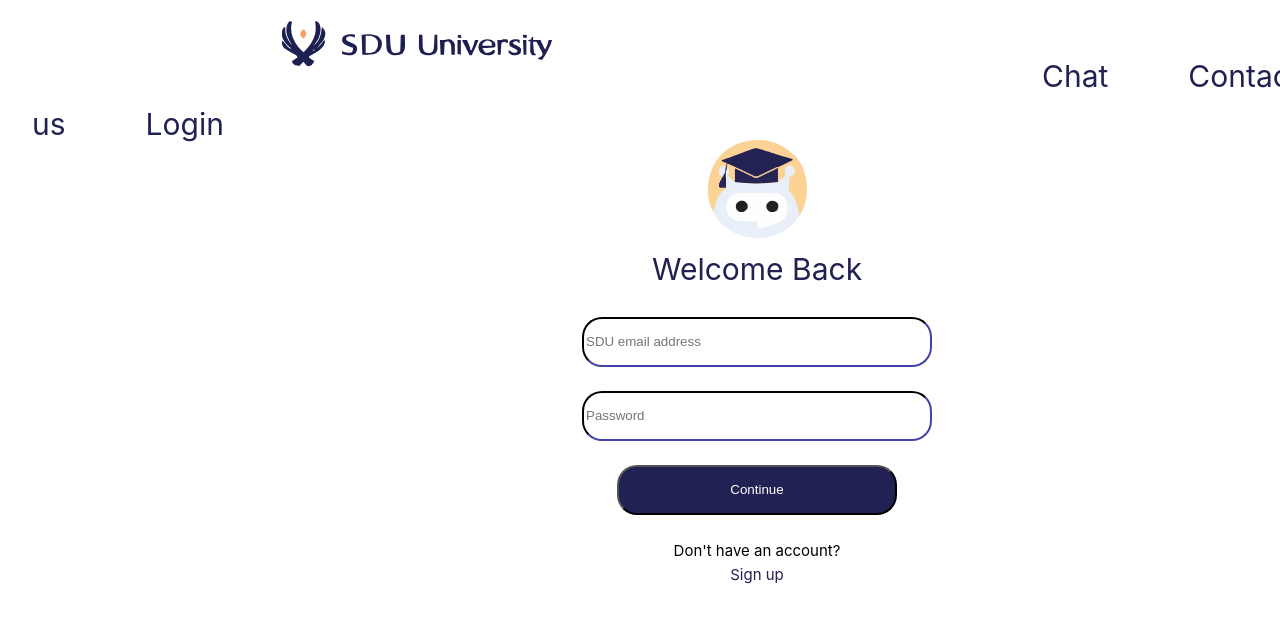
Repository: tolepbekova/Community_v.l
Page: /
An editor plug-in stored every save of this project. The page is shown before and after the next save, followed by the edit.
The browser window is 1280 px wide. The pictures show the whole page.
The project was rebuilt for these pictures with package versions that can differ from the ones it lists, and the page was loaded fresh each time. Also part of the build but not shown: vite.config.js, src/components/HelloWorld.vue. Imported but missing from the stored project, and not drawn on this page: src/views/Change.vue.

Above is the page before, as saved 2024-05-10 09:24:24.

### src/App.vue
<script setup>
import HelloWorld from './components/HelloWorld.vue'
import router from './router/index.js'
import './assets/base.css'
</script>

<template>
    <div id="app">

         <router-view />
    </div>

</template>

<style>
/* #app {
    display: flex;

}

#header {
    display: flex;
    width: 100%;
    flex-direction: column;
    align-items: center;
    justify-content: space-between;
    position: fixed;
    margin-left: 0px;
    margin-right: 0px;
    margin-top: 0px;
}

#header img {
    width: 218px;
    height: 77px;
}

#navbar {
    display: flex;
    align-items: center;
    justify-content: center;
}
span  {
    list-style: none;
    padding: 0 20px;
    text-decoration: none;
    font-size: 30px;
    color: rgba(33, 33, 83, 1);
    transition: 0.3s ease;
}

#navbar li :hover {
    color: rgb(237, 237, 167);
} */
</style>

### src/router/index.js
import Vue from 'vue'
import VueRouter from 'vue-router'
import Login from '../views/Login.vue'

Vue.use(VueRouter)

const router = new VueRouter({
  mode: 'history',
  base: import.meta.env.BASE_URL,
  routes: [
    {
      path: '/',
      name: 'login',
      component: Login
    },
    {
      path: '/getstart',
      name: 'getstart',
      // route level code-splitting
      // this generates a separate chunk (About.[hash].js) for this route
      // which is lazy-loaded when the route is visited.
      component: () => import('../views/AboutView.vue')
    },
    {
      path: '/home',
      name: 'home',
      // route level code-splitting
      // this generates a separate chunk (About.[hash].js) for this route
      // which is lazy-loaded when the route is visited.
      component: () => import('../views/About.vue')
    },
    {
      path: '/sign',
      name: 'signin',
      component: () => import('../views/Signin.vue')
    },
    {
      path: '/contact',
      name: 'contact',
      component: () => import('../views/Contact.vue')
    },
    {
      path: '/auth',
      name: 'auth',
      component: () => import('../views/Auth.vue')
    },
    {
      path: '/change',
      name: 'change',
      component: () => import('../views/Change.vue')
    },

  ]
})

export default router

### src/assets/main.css
@import "./base.css";

#app {

  font-weight: normal;
}

a,
.green {
  text-decoration: none;
  color: hsla(160, 100%, 37%, 1);
  transition: 0.4s;
}

@media (hover: hover) {
  a:hover {
    background-color: hsla(160, 100%, 37%, 0.2);
  }
}

@media (min-width: 1024px) {
  body {
    display: flex;
    place-items: center;
  }

  #app {
    display: grid;
    grid-template-columns: 1fr 1fr;
    padding: 0 2rem;
  }
}

### src/assets/base.css
/* color palette from <https://github.com/vuejs/theme> */
:root {
  --vt-c-white: #ffffff;
  --vt-c-white-soft: #f8f8f8;
  --vt-c-white-mute: #f2f2f2;

  --vt-c-black: #181818;
  --vt-c-black-soft: #222222;
  --vt-c-black-mute: #282828;

  --vt-c-indigo: #2c3e50;

  --vt-c-divider-light-1: rgba(60, 60, 60, 0.29);
  --vt-c-divider-light-2: rgba(60, 60, 60, 0.12);
  --vt-c-divider-dadarkrk-1: rgba(84, 84, 84, 0.65);
  --vt-c-divider-dark-2: rgba(84, 84, 84, 0.48);

  --vt-c-text-light-1: var(--vt-c-indigo);
  --vt-c-text-light-2: rgba(60, 60, 60, 0.66);
  --vt-c-text-dark-1: var(--vt-c-white);
  --vt-c-text-dark-2: rgba(235, 235, 235, 0.64);
}

/* semantic color variables for this project */
:root {
  --color-background: var(--vt-c-white);
  --color-background-soft: var(--vt-c-white-soft);
  --color-background-mute: var(--vt-c-white-mute);

  --color-border: var(--vt-c-divider-light-2);
  --color-border-hover: var(--vt-c-divider-light-1);

  --color-heading: var(--vt-c-text-light-1);
  --color-text: var(--vt-c-text-light-1);

  --section-gap: 160px;
}

@media (prefers-color-scheme: dark) {
  :root {
    --color-background: var(--vt-c-black);
    --color-background-soft: var(--vt-c-black-soft);
    --color-background-mute: var(--vt-c-black-mute);

    --color-border: var(--vt-c-divider-dark-2);
    --color-border-hover: var(--vt-c-divider-dark-1);

    --color-heading: var(--vt-c-text-dark-1);
    --color-text: var(--vt-c-text-dark-2);
  }
}

*,
*::before,
*::after {
  box-sizing: border-box;
  margin: 0;
  position: relative;
  font-weight: normal;
}
html{
  padding: 0;
  margin: 0;
}
body {
  min-height: 10vh;
  padding: 0;
  margin: 0;
  transition: color 0.5s, background-color 0.5s;
  line-height: 1.6;
  font-family: Inter, -apple-system, BlinkMacSystemFont, 'Segoe UI', Roboto, Oxygen, Ubuntu,
    Cantarell, 'Fira Sans', 'Droid Sans', 'Helvetica Neue', sans-serif;
  font-size: 15px;
  text-rendering: optimizeLegibility;
  -webkit-font-smoothing: antialiased;
  -moz-osx-font-smoothing: grayscale;
}

### src/views/Login.vue
<template>
    <div>
        <v-app id="header">
            <v-card color="grey lighten-4" flat height="100px" tile>
                <v-toolbar dense>

                  <router-link   to="/home"> <img class="logo" src="../assets/logo/log.svg"></router-link>

                    <v-spacer></v-spacer>

                    <span class="fir"><router-link to="/getstart">Chat</router-link></span>
                        <span><router-link to="/contact">Contact us</router-link></span>
                        <span><router-link to="/auth">Login</router-link></span>


                </v-toolbar>
            </v-card>
        </v-app>

        <br><br><br>

        <div class="abrow">
            <br><br>
            <div class="abcolu">
                <img class="final" src="../assets/logo/finalicon13_1.svg" alt="">
            </div>
            <div class="abcolu">
                <h1>Welcome Back</h1>
                <br>
                <input type="email" v-model:value="info.email" placeholder="SDU email address">
                <br><br>
                <input type="password" v-model:value="info.password" placeholder="Password" required>
                <br><br>
                <router-link to="getstart"><button class="btn" @click="login()">Continue</button></router-link>
                <br><br>
                <p>Don't have an account? </p> <router-link to="/sign">Sign up</router-link>
            </div>
        </div>
    </div>
</template>

<script>
import axios from 'axios';

export default {
    data() {
        return {
            token: "",
            info: {
                email: "",
                password: "",
            },
        };
    },
    methods: {
        login() {
            axios
                .post(
                    ` https://sschat-production.up.railway.app/accounts/auth/token/login/`,
                    this.info
                )
                .then((res) => {
                    this.token = res.auth_token;
                });
        },
    },
};
</script>

<style scoped>
h1 {
    color: rgba(33, 33, 83, 1);
}

#app {
    display: flex;

}

#header {
    display: flex;
    width: 100%;
    align-items: center;
    justify-content: space-between;
    position: fixed;
    margin-left: 0px;
    margin-right: 0px;
    margin-top: 0px;
    color:rgba(33, 33, 83, 1) ;
}

.logo {
    width: 270px;
    height: 87px;
    margin-left: 230px;
}

#navbar {
    display: flex;
    align-items: center;
    justify-content: center;
}
span  {
    list-style: none;
    padding: 0 20px;
    text-decoration: none;
    font-size: 30px;
    color: rgba(33, 33, 83, 1);
    transition: 0.3s ease;
}

#navbar li :hover {
    color: rgba(33, 33, 83, 1);
}
h1 {
  color: rgba(33, 33, 83, 1);
}
.fir {
  margin-left: 430px;
}

.abrow {
  margin: 20px auto;
  display: block;
  text-align: center;
  margin-left: 550px;
}

.abcolu {
  margin: 0 auto;
  display: block;
  text-align: center;
}

.final {
  max-width: 99px;
  max-height: 99px;
}


.abp {
  margin: 0 auto;
  display: block;
  width: 670px;
  height: 100px;
}


.abp {
    margin: 0 auto;
    display: block;
    width: 670px;
    height: 100px;
}

.icon {
    width: 24px;
    height: 24px;
}

.btn {
    background-color: rgba(33, 33, 83, 1);
    border-radius: 20px;
    width: 280px;
    height: 50px;
    color: #ffffff;
}

input {
    border-radius: 20px;
    width: 350px;
    height: 50px;
    border-color: rgba(33, 33, 83, 1);
}

a {
    padding: 0 20px;
    text-decoration: none;
    color: rgba(33, 33, 83, 1);
    transition: 0.3s ease;
}

.lbtn1 {
    margin: 0 auto;
    display: block;
    width: 266px;
    height: 48px;
    border-radius: 30px;
    color: rgba(33, 33, 83, 1);
    background-color: rgba(253, 211, 149, 1);
    border: none;
    font-size: 15px;
    font-family: Cambria, Cochin, Georgia, Times, 'Times New Roman', serif;
    font-weight: bold;

}

.lbtn2 {
    margin: 0 auto;
    display: block;
    width: 266px;
    height: 48px;
    border-radius: 30px;
    color: rgba(33, 33, 83, 1);
    background-color: rgba(253, 211, 149, 1);
    border: none;
    font-size: 15px;
    font-family: Cambria, Cochin, Georgia, Times, 'Times New Roman', serif;
    font-weight: bold;

}
</style>

Loaded but not shown: index.html (common file); src/main.js (common file)

After the next save:
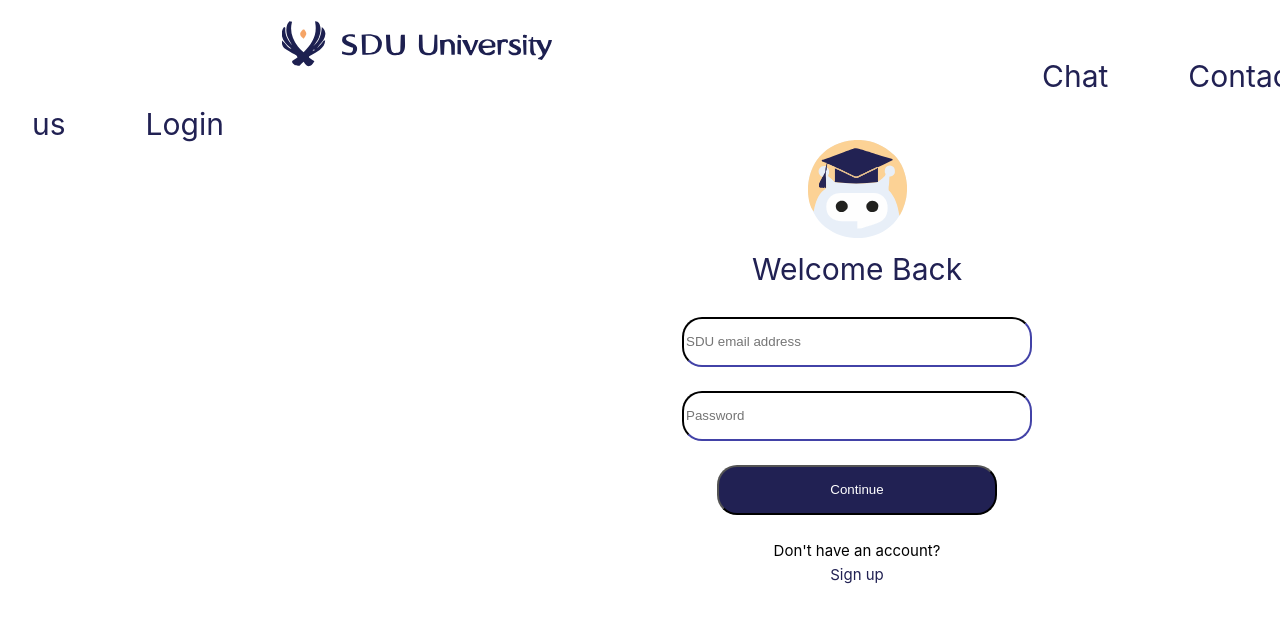
Saved 3 min 6 s later.
--- a/src/views/Login.vue
+++ b/src/views/Login.vue
@@ -123,7 +123,7 @@ h1 {
   margin: 20px auto;
   display: block;
   text-align: center;
-  margin-left: 550px;
+  margin-left: 650px;
 }
 
 .abcolu {
